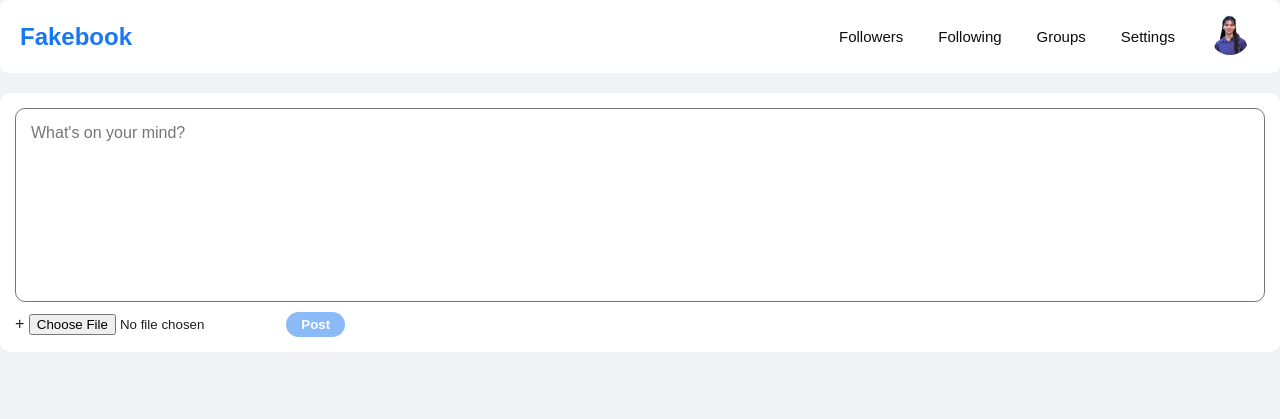
Repository: harpreetkaur2201/FAKEBOOK
Page: fakebook_profile/index.html
These files come from the project's save history. The page is drawn as it stood at one moment and after the next save; the edit follows.
The browser window is 1280 px wide. The pictures show the whole page.

Above is the page before, as saved 2025-11-14 19:50:23.

### fakebook_profile/index.html
<!doctype html>
<html lang="en">
<head>
  <meta charset="utf-8" />
  <meta name="viewport" content="width=device-width, initial-scale=1" />
  <title>Fakebook</title>
  <link rel="stylesheet" href="./assets/styles/style.css">
</head>
<body>
  <header>
    <div class="logo">Fakebook</div>
    <nav>
      <a href="#followers">Followers</a>
      <a href="#following">Following</a>
      <a href="#groups">Groups</a>
      <a href="#settings">Settings</a>
      <a href="#profile"><img id="headerAvatar" src="./assets/Profile pic.jpg" alt="Profile" class="avatar"></a>
    </nav>
  </header>

  <main>
    <section class="create-post">
      <form id="postForm">
        <textarea id="postText" placeholder="What's on your mind?" rows="9"></textarea>
        <div>
          <label for="imageInput">+</label>
            <input id="imageInput" type="file" accept="image/*">
          <button id="postBtn" type="submit" disabled>Post</button>
        </div>
      </form>
    </section>

    <section id="posts"></section>
  </main>

  <div id="modal" class="modal" aria-hidden="true">
    <div class="modal-content">
      <a href="#" id="closeModal">Close</a>
      <div>
        <div id="modalAvatar"></div>
        <h2 id="modalName">Your Name</h2>
        <p id="modalBio">Your bio will appear here.</p>
      </div>
    </div>
  </div>
    <script type="module" src="./assets/script/script.js"></script>
</body>
</html>

### fakebook_profile/assets/styles/style.css
* {
  padding: 0;
  margin: 0;
  box-sizing: border-box;
  font-family: Arial, sans-serif;
}

body {
  background: #f0f2f5;
  color: #1c1e21;
  flex-direction: column;
  align-items: center;
}

.container {
  max-width: 700px;
  margin: 20px auto;
  padding: 0 15px;
}

header {
  display: flex;
  justify-content: space-between;
  align-items: center;
  background: white;
  padding: 10px 20px;
  border-radius: 8px;
  color: #1877f2;
}

header .logo {
  font-size: 1.5rem;
  font-weight: bold;
}

header nav {
  display: flex;
  align-items: center;
  gap: 15px;
}

header nav a {
  text-decoration: none;
  color: #0c0c0c;
  font-size: 15px;
  padding: 5px 10px;
  border-radius: 6px;
  transition: background 0.2s;
}

header nav a:hover {
  background: #e4e6eb;
}

header nav img.avatar {
  width: 40px;
  height: 40px;
  border-radius: 50%;
  object-fit: cover;
}

.create-post form {
  display: flex;
  flex-direction: column;
  gap: 10px;
  background: white;
  padding: 15px;
  margin-top: 20px;
  border-radius: 10px;
}

#create-post textarea,
.create-post textarea {
  width: 100%;
  min-height: 120px;
  padding: 15px;
  border-radius: 10px;
  font-size: 16px;
  resize: none;
}

.controls {
  display: flex;
  align-items: center;
  gap: 10px;
}

.file-label {
  background: #e4e6eb;
  padding: 5px 8px;
  border-radius: 8px;
  cursor: pointer;
}

.controls input[type="file"] {
  display: none;
}

#postBtn {
  padding: 5px 15px;
  border-radius: 20px;
  background: #1877f2;
  color: white;
  font-weight: bold;
  cursor: pointer;
  border: none;
}

#postBtn:disabled {
  opacity: 0.5;
  cursor: not-allowed;
}

.posts {
  margin-top: 20px;
  display: flex;
  flex-direction: column;
  gap: 15px;
}

.post {
  background: white;
  padding: 10px;
  border-radius: 10px;
}

.post-header {
  display: flex;
  align-items: center;
  gap: 10px;
  margin-bottom: 8px;
}

.post-header .avatar {
  width: 35px;
  height: 35px;
  border-radius: 50%;
  background: #ccc;
  display: flex;
  align-items: center;
  justify-content: center;
  color: white;
  font-weight: bold;
}

.post-body img {
  max-width: 100%;
  margin-top: 8px;
  border-radius: 8px;
}

.modal {
  position: fixed;
  inset: 0;
  background: rgba(0, 0, 0, 0.5);
  display: flex;
  justify-content: center;
  align-items: center;
  opacity: 0;
  pointer-events: none;
  transition: opacity 0.3s ease;
  z-index: 1000;
}

.modal[aria-hidden="false"] {
  opacity: 1;
  pointer-events: auto;
}

.modal-content {
  background: white;
  padding: 20px;
  border-radius: 12px;
  max-width: 400px;
  width: 90%;
  position: relative;
  box-shadow: 0 4px 10px rgba(0, 0, 0, 0.2);
  text-align: center;
}

.modal-content #closeModal {
  position: absolute;
  top: 10px;
  right: 15px;
  font-size: 1.2rem;
  text-decoration: none;
  color: #333;
}

.account-view h2 {
  margin: 10px 0 5px 0;
  font-size: 1.2rem;
}

.account-view .bio-text {
  font-size: 14px;
  color: #2d2626;
  margin-bottom: 10px;
}

.modal-avatar img {
  width: 60px;
  height: 60px;
  border-radius: 50%;
  object-fit: cover;
}

.account-view div a {
  display: inline-block;
  flex: 1;
  margin: 5px 3px;
  padding: 6px;
  border-radius: 8px;
  background: #e4e6eb;
  font-weight: 500;
  text-decoration: none;
  color: #000;
  transition: background 0.2s;
}

.account-view div a:hover {
  background: #d8dadf;
}

### fakebook_profile/assets/script/script.js
// assets/script/script.js  (make sure index.html uses this file path with type="module")
import { User } from './user.js';
import { Subscriber } from './subscriber.js';

document.addEventListener('DOMContentLoaded', () => {
  // DOM
  const postForm = document.getElementById('postForm');
  const postText = document.getElementById('postText');
  const imageInput = document.getElementById('imageInput');
  const postBtn = document.getElementById('postBtn');
  const postsContainer = document.getElementById('posts');

  const headerAvatar = document.getElementById('headerAvatar');
  const modal = document.getElementById('modal');
  const closeModalBtn = document.getElementById('closeModal');
  const modalName = document.getElementById('modalName');
  const modalBio = document.getElementById('modalBio');
  const modalAvatar = document.getElementById('modalAvatar');

  // Create Subscriber with all required properties (manually provided)
  const account = new Subscriber(
    101,                                  // id
    "Harpreet Kaur",                      // name
    "harpreet123",                        // userName
    "harpreet@example.com",               // email
    ["Food Lovers", "Travel Diaries"],    // pages (array)
    ["Winnipeg Students", "Punjabi Group"], // groups (array)
    true                                  // canMonetize (boolean)
  );

  // UI-only profile (bio + profile pic) — NOT part of the User required fields
  const accountProfile = {
    bio: "Hi! I love food and travel.",
    profilePic: "./assets/Profile pic.jpg"
  };

  // Post class uses account.getInfo() for header name
  class Post {
    constructor(userInfo, profile, text, image) {
      this.userInfo = userInfo; // object from getInfo()
      this.profile = profile;   // UI fields
      this.text = text;
      this.image = image;
      this.time = new Date();
    }

    render() {
      const postDiv = document.createElement('div');
      postDiv.className = 'post';

      // Header: avatar, name, time
      const headerDiv = document.createElement('div');
      headerDiv.className = 'post-header';

      const avatarDiv = document.createElement('div');
      avatarDiv.className = 'avatar';
      if (this.profile.profilePic) {
        avatarDiv.style.backgroundImage = `url(${this.profile.profilePic})`;
        avatarDiv.style.backgroundSize = 'cover';
        avatarDiv.style.backgroundPosition = 'center';
      } else {
        avatarDiv.textContent = this.userInfo.name.charAt(0);
      }

      const nameDiv = document.createElement('div');
      const nameEl = document.createElement('div');
      nameEl.textContent = this.userInfo.name;

      const timeEl = document.createElement('div');
      timeEl.className = 'post-meta';
      timeEl.textContent = this.time.toLocaleString();

      nameDiv.appendChild(nameEl);
      nameDiv.appendChild(timeEl);
      headerDiv.appendChild(avatarDiv);
      headerDiv.appendChild(nameDiv);

      // Body
      const bodyDiv = document.createElement('div');
      bodyDiv.className = 'post-body';
      if (this.text && this.text.trim() !== '') {
        const textP = document.createElement('p');
        textP.textContent = this.text;
        textP.style.textAlign = 'center';
        bodyDiv.appendChild(textP);
      }
      if (this.image) {
        const img = document.createElement('img');
        img.src = this.image;
        img.alt = 'Posted image';
        bodyDiv.appendChild(img);
      }

      postDiv.appendChild(headerDiv);
      postDiv.appendChild(bodyDiv);
      return postDiv;
    }
  }

  const posts = [];

  // Toggle Post button: require text OR image
  function togglePostBtn() {
    postBtn.disabled = postText.value.trim() === '' && imageInput.files.length === 0;
  }

  postText.addEventListener('input', togglePostBtn);
  imageInput.addEventListener('change', togglePostBtn);

  // Submit
  postForm.addEventListener('submit', (e) => {
    e.preventDefault();
    if (imageInput.files[0]) {
      const reader = new FileReader();
      reader.onload = () => createPost(reader.result);
      reader.readAsDataURL(imageInput.files[0]);
    } else {
      createPost(null);
    }
  });

  function createPost(imageData) {
    const userInfo = account.getInfo(); // Subscriber.getInfo() calls super.getInfo()
    const newPost = new Post(userInfo, accountProfile, postText.value, imageData);
    posts.unshift(newPost);
    renderPosts();
    postForm.reset();
    togglePostBtn();
  }

  function renderPosts() {
    postsContainer.innerHTML = '';
    posts.forEach(p => {
      if (p.text || p.image) postsContainer.appendChild(p.render());
    });
  }

  // Modal logic — USE getInfo() to populate
  headerAvatar.addEventListener('click', () => {
    const info = account.getInfo();  // <-- must come from getInfo()
    modalName.textContent = info.name;
    modalBio.textContent = accountProfile.bio || '';
    modalAvatar.innerHTML = '';
    if (accountProfile.profilePic) {
      const img = document.createElement('img');
      img.src = accountProfile.profilePic;
      img.alt = info.name;
      modalAvatar.appendChild(img);
    }

    // OPTIONAL: show subscriber details inside modal too (pages/groups)
    // Example: append below bio:
    const extra = document.createElement('div');
    extra.innerHTML = `<small>Pages: ${info.pages.join(', ') || '—'}</small><br>
                       <small>Groups: ${info.groups.join(', ') || '—'}</small><br>
                       <small>Can monetize: ${info.canMonetize}</small>`;
    modalAvatar.parentElement.appendChild(extra);

    modal.setAttribute('aria-hidden', 'false');
  });

  closeModalBtn.addEventListener('click', () => {
    modal.setAttribute('aria-hidden', 'true');
    // remove appended extra if present (clean)
    const parent = modalAvatar.parentElement;
    if (parent.lastElementChild && parent.lastElementChild.tagName === 'DIV' &&
        parent.lastElementChild.innerHTML.includes('Can monetize')) {
      parent.removeChild(parent.lastElementChild);
    }
  });

  modal.addEventListener('click', (e) => { if (e.target === modal) modal.setAttribute('aria-hidden', 'true'); });

  // initial
  togglePostBtn();
}); // end DOMContentLoaded

### fakebook_profile/assets/script/user.js
'use strict';

// user.js
export class User {
  #id;
  #name;
  #userName;
  #email;

  constructor(id, name, userName, email) {
    this.#id = id;
    this.#name = name;
    this.#userName = userName;
    this.#email = email;
  }

  getInfo() {
    return {
      id: this.#id,
      name: this.#name,
      userName: this.#userName,
      email: this.#email
    };
  }
}

### fakebook_profile/assets/script/subscriber.js
'use strict';
// subscriber.js
import { User } from './user.js';

export class Subscriber extends User {
  #pages;
  #groups;
  #canMonetize;

  constructor(id, name, userName, email, pages = [], groups = [], canMonetize = false) {
    super(id, name, userName, email);
    this.#pages = pages;
    this.#groups = groups;
    this.#canMonetize = canMonetize;
  }

  getInfo() {
    return {
      ...super.getInfo(),
      pages: this.#pages,
      groups: this.#groups,
      canMonetize: this.#canMonetize
    };
  }
}

After the next save:
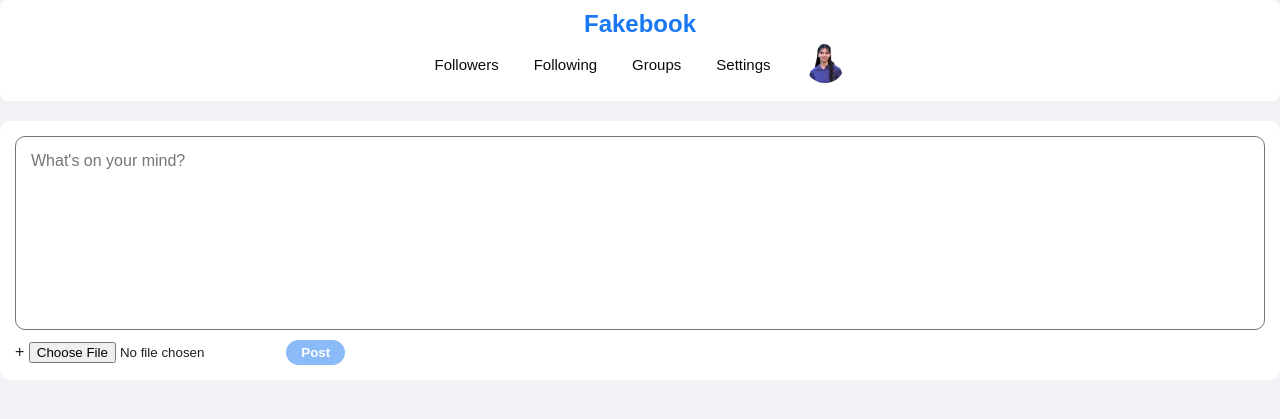
Saved 53 s later.
--- a/fakebook_profile/assets/styles/style.css
+++ b/fakebook_profile/assets/styles/style.css
@@ -20,7 +20,7 @@
 
 header {
   display: flex;
-  justify-content: space-between;
+  flex-direction: column;
   align-items: center;
   background: white;
   padding: 10px 20px;

After the save that followed:
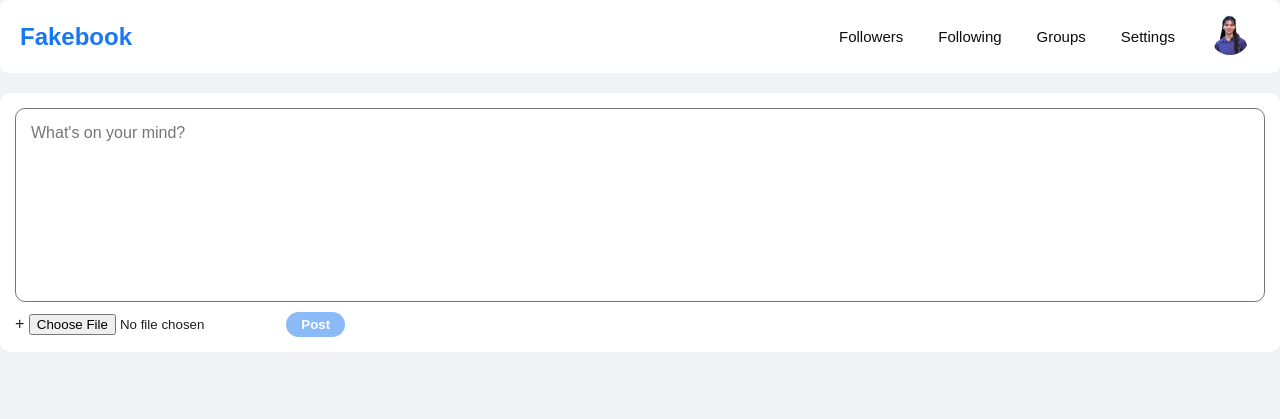
Saved 21 s later.
--- a/fakebook_profile/assets/styles/style.css
+++ b/fakebook_profile/assets/styles/style.css
@@ -20,7 +20,7 @@
 
 header {
   display: flex;
-  flex-direction: column;
+  justify-content: space-between;
   align-items: center;
   background: white;
   padding: 10px 20px;
